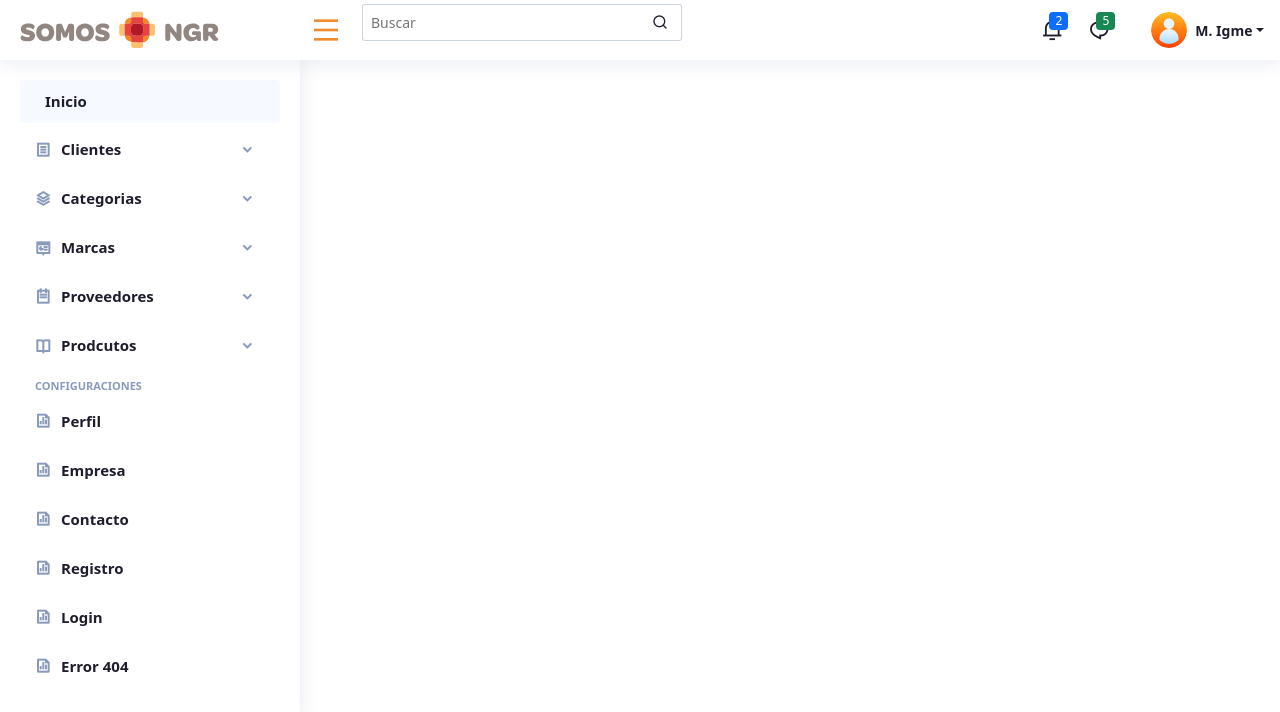
Repository: igmeMarcial/ProyectoLP-2023
Page: http://localhost/proyectoLP_2023/Main.jsp
An editor plug-in stored every save of this project. The page is shown before and after the next save, followed by the edit.
The browser window is 1280 px wide. The pictures show the whole page.
The page is served by Tomcat 9.

Above is the page before, as saved 2023-03-18 20:28:18.

After the next save:
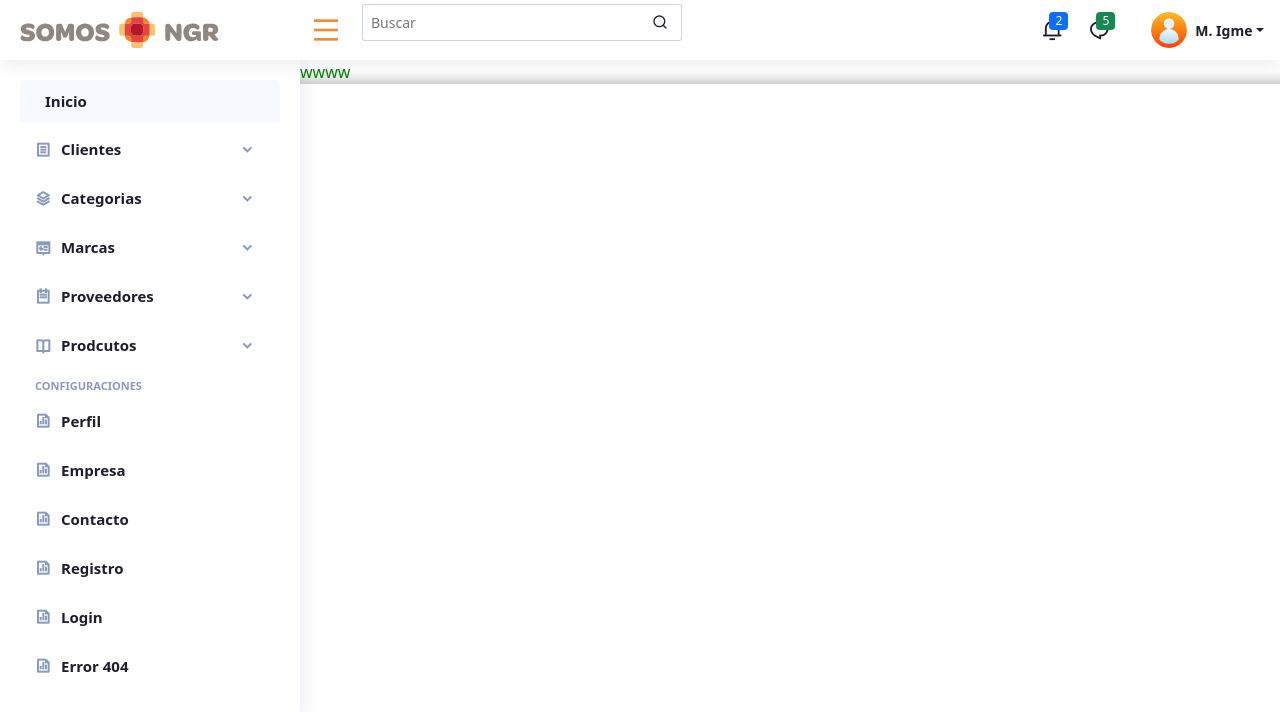
Saved 3 min 23 s later.
--- a/proyectoLP_2023/WebContent/Main.jsp
+++ b/proyectoLP_2023/WebContent/Main.jsp
@@ -321,8 +321,32 @@
 
 </aside>
 
-
-<div class="dd">wwww</div>
+<!-- Final Sidebar-->
+   <!-- ======= Contenido principal======= -->
+
+<main id="main" class="main main-principal">
+	<div class="dd">wwww</div>
+</main>
+
+<div style="margin-top:60px" class="dd">geyeye</div>
+
+   <!-- ======= Footer ======= -->
+  <!--
+<footer id="footer" class="footer">
+    <div class="copyright">
+      &copy; Copyright <strong><span>Igme</span></strong>. Todos los derechos reservados
+    </div>
+    <div class="credits">
+
+    </div>
+</footer>-->
+<!-- End Footer -->
+
+<a href="#" class="back-to-top d-flex align-items-center justify-content-center"><i class="bi bi-arrow-up-short"></i></a>
+   <!-- Sistema JS Files -->
+
+
+
 
 
 
